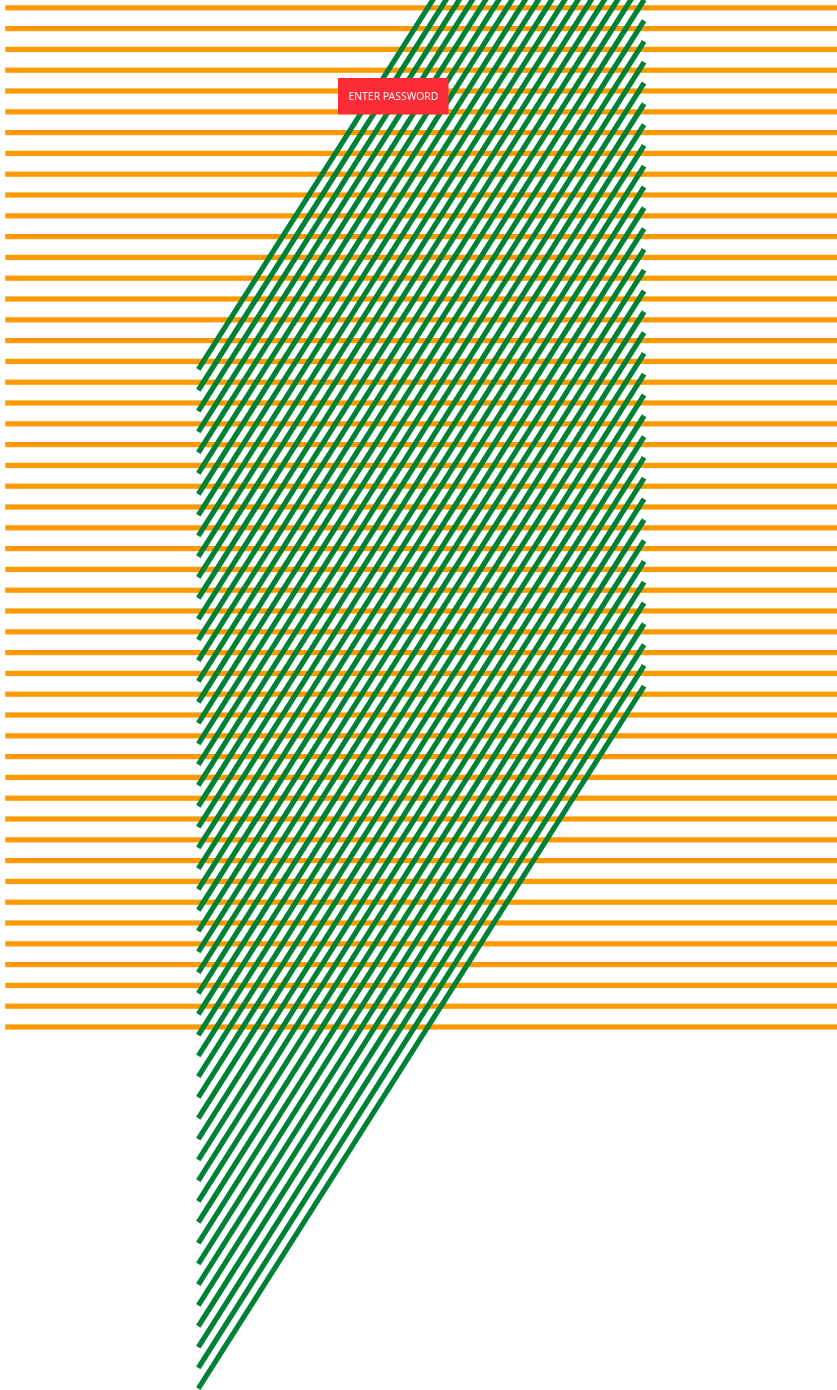
Repository: rahulhr71/AiExam
Page: / (app in teacher/)
These files come from the project's save history. The page is drawn as it stood at one moment and after the next save; the edit follows.
The browser window is 1280 px wide. The page is 1288 px wide, then 1280 px, so the pictures cover 1288 px, including what lies to the right of the window. The pictures show the whole page, at 65% of full size.
The project was rebuilt for these pictures with package versions that can differ from the ones it lists, and the page was loaded fresh each time. Also part of the build but not shown: teacher/vite.config.js.

Above is the page before, as saved 2025-07-31 22:38:42.

### teacher/src/App.jsx
import { useState } from 'react'
import reactLogo from './assets/react.svg'
import viteLogo from '/vite.svg'
import './App.css'

function App() {
  const [count, setCount] = useState(0)
const counts=Array.from({length:100})

  return (
    <div  >
    {
      counts.map((i,index)=>{
        return(
          index%2==0?<div key={i} className='w-full m-2 h-2 duration-500  bg-amber-500'></div>:<div key={i} className='w-full h-2 m-2  animate-spin duration-500    bg-green-700'></div>

        )

      })
    }
    <div className="transition-transform absolute top-30 left-130 z-30  duration-500 hover:scale-150 bg-red-500 text-white p-4">
  ENTER PASSWORD
</div>
    </div>
  )
}

export default App

Loaded but not shown: teacher/index.html (common file); teacher/src/main.jsx (common file); teacher/src/index.css (common file); teacher/src/App.css (common file)

After the next save:
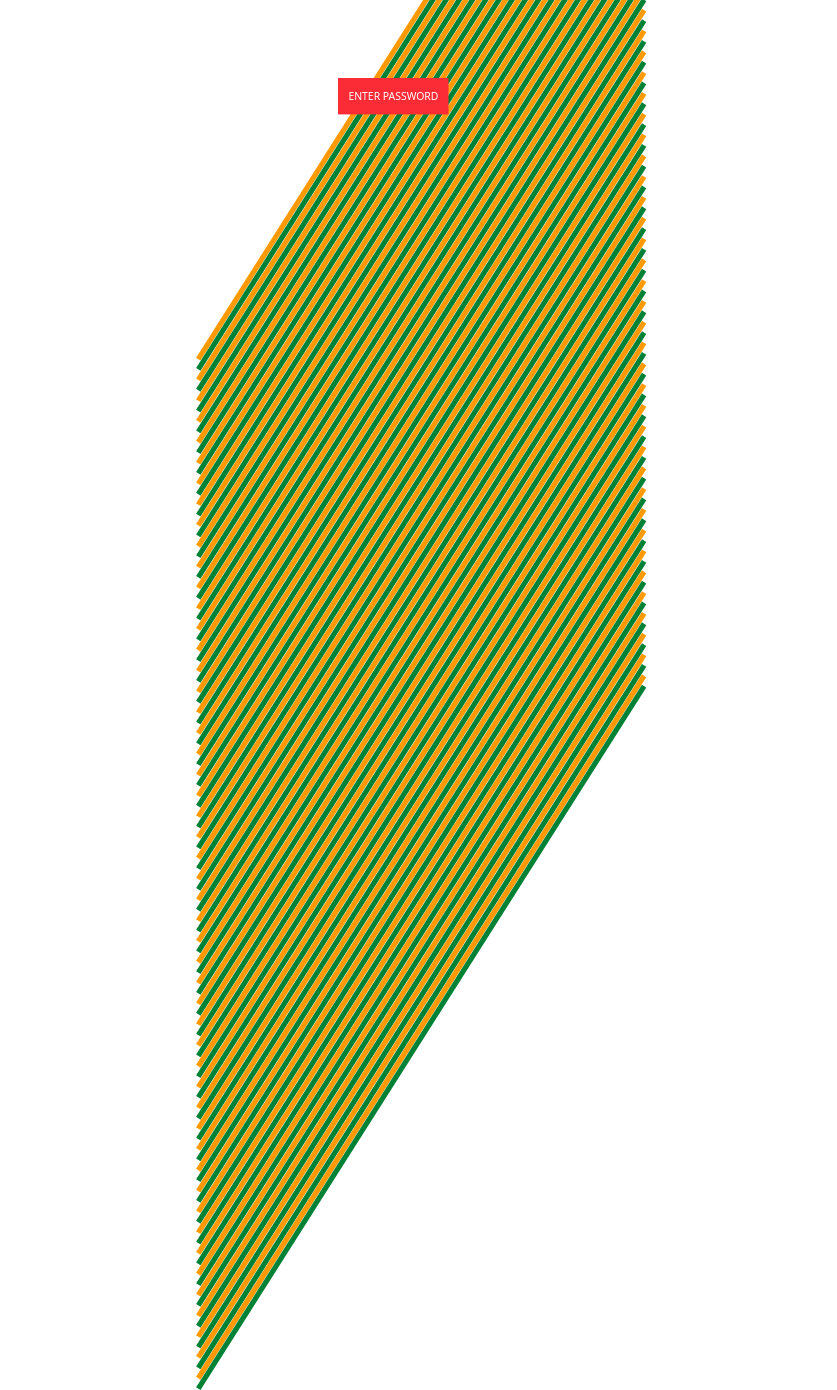
Saved 38 s later.
--- a/teacher/src/App.jsx
+++ b/teacher/src/App.jsx
@@ -12,7 +12,7 @@
     {
       counts.map((i,index)=>{
         return(
-          index%2==0?<div key={i} className='w-full m-2 h-2 duration-500  bg-amber-500'></div>:<div key={i} className='w-full h-2 m-2  animate-spin duration-500    bg-green-700'></div>
+          index%2==0?<div key={i} className='w-full m-2 h-2 animate-spin duration-500  bg-amber-500'></div>:<div key={i} className='w-full h-2 m-2  animate-spin duration-500    bg-green-700'></div>
 
         )
 
